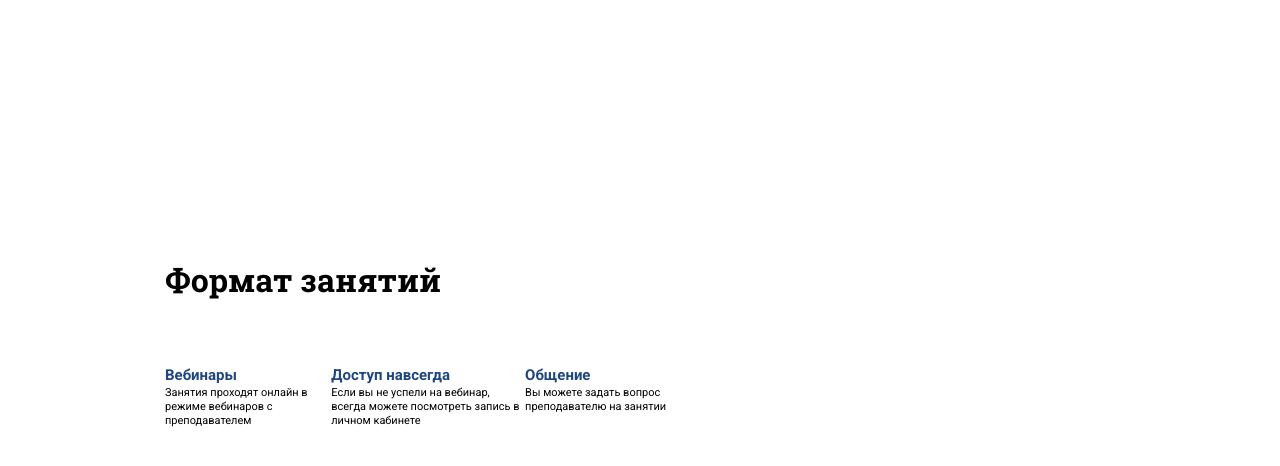
Repository: PoladEziz/Task-4
Page: index.html
An editor plug-in stored every save of this project. The page is shown before and after a run of saves, followed by the edit.
The browser window is 1280 px wide. The pictures show the whole page.

Above is the page before, as saved 2023-05-09 17:20:03.

### index.html
<!DOCTYPE html>
<html lang="en">

<head>
    <meta charset="UTF-8">
    <meta http-equiv="X-UA-Compatible" content="IE=edge">
    <meta name="viewport" content="width=device-width, initial-scale=1.0">
    <title>Document</title>
    <link rel="stylesheet" href="index.css">
</head>

<body>
    <div class="main">
        <div class="page-1">
            <h1>Формат занятий</h1>
            <div class="top_child">

                <ul>
                    <li>
                        <h2>Вебинары</h2>
                        <p>Занятия проходят онлайн
                            в режиме вебинаров
                            с преподавателем</p>
                    </li>

                    <li>
                        <h2>Доступ навсегда</h2>
                        <p>Если вы не успели на вебинар, всегда можете посмотреть запись в личном кабинете</p>
                    </li>

                    <li>
                        <h2>Общение</h2>
                        <p>Вы можете задать вопрос
                            преподавателю на занятии</p>
                    </li>


                </ul>
            </div>

        </div>
        <!-- <div class="page-2">
            <h1>Что узнаем</h1>
            <ul>
                <li>Кто чем занят в съёмочной группе; </li>
                <li>На какие этапы делится кинопроизводство; </li>
                <li>Как выглядит сценарий фильма и как он меняется по ходу съёмок; </li>
                <li>Какими методами режиссёры заставляют нас смеяться, плакать и грустить; </li>
                <li>Как построение кадра, музыка и свет помогают считывать заложенные в фильм смыслы; </li>
                <li>Какие жанры есть в кино и как от них зависит работа операторов, осветителей и монтажёров; </li>
                <li>Как, зная всё это, понимать, о чем фильм.</li>
            </ul>




        </div> -->


    </div>
</body>

</html>

### index.css
@import url("https://fonts.googleapis.com/css2?family=Roboto+Slab:wght@700&family=Roboto:wght@700&display=swap");
@import url("https://fonts.googleapis.com/css2?family=Roboto&family=Roboto+Slab:wght@700&display=swap");

* {
  margin: 0;
  padding: 0;
}

.main {
  display: flex;
  flex-direction: column;
  padding-left: 124px;
  padding-top: 162px;
  padding-right: 344px;
}

.page-1 h1 {
  margin-bottom: 133px;
  font-family: "Roboto Slab";
  font-style: normal;
  font-weight: 700;
  font-size: 55px;
  line-height: 55px;
}

.page-1 ul {
  width: 100%;
  display: flex;
  justify-content: space-between;
}

.page-1 ul li {
  list-style-type: none;
}

.page-1 li:nth-child(1) {
  width: 223px;
}

.page-1 li:nth-child(2) {
  width: 260px;
}

.page-1 li:nth-child(3) {
  width: 232px;
}

.page-1 ul li h2 {
  font-family: "Roboto";
  font-style: normal;
  font-weight: 700;
  font-size: 25px;
  line-height: 130%;
  color: #1e4681;
}

.page-1 ul li p {
  font-family: "Roboto";
  font-style: normal;
  font-weight: 400;
  font-size: 18px;
  line-height: 130%;
}

.page-2 {
  margin-top: 168px;
  width: 100%;
}

.page-2 h1 {
  margin-bottom: 62px;
  font-family: Roboto Slab;
  font-size: 55px;
  font-weight: 700;
  line-height: 56px;
  text-align: left;
}

.page-2 ul li {
  font-family: Roboto;
  font-size: 24px;
  font-weight: 400;
  line-height: 36px;
  text-align: left;
}

@media only screen and (max-width: 1280px) {
  .main {
    display: flex;
    flex-direction: column;
    padding-left: 63px;
    padding-top: 93 px;
    padding-right: 480px;
  }

.page-1{
  padding: 102px;

}
  .main .page-1 h1 {
    font-family: 'Roboto Slab';
    font-style: normal;
    font-weight: 700;
    font-size: 32px;
    line-height: 101.38%;
    margin-bottom: 70px;
  }

  .main .page-1 .top_child ul li h2 {
    font-family: 'Roboto';
    font-style: normal;
    font-weight: 700;
    font-size: 15px;
    line-height: 130%;
    margin-bottom: 0;
  }

  .main .page-1 .top_child ul li p {
    font-family: 'Roboto';
    font-style: normal;
    font-weight: 400;
    font-size: 11px;
    line-height: 130%;
  }

  .main .page-2 h1 {
    font-family: 'Roboto Slab';
    font-style: normal;
    font-weight: 700;
    font-size: 32px;
    line-height: 101.38%;
  }

  .main .page-2 ul li {
    font-family: 'Roboto';
    font-style: normal;
    font-weight: 400;
    font-size: 14px;
    line-height: 150%;
  }
}

@media only screen and (max-width: 768px) {
  .main .page-1 h1 {
    font-family: 'Roboto Slab';
    font-style: normal;
    font-weight: 700;
    font-size: 26px;
    line-height: 101.38%;
  }

  .main .page-1 .top_child ul {
    flex-direction: column;
  }

  .main .page-1 .top_child ul li {
    margin-bottom: 35px;
  }

  .main .page-1 .top_child ul li h2 {
    font-family: 'Roboto';
    font-style: normal;
    font-weight: 700;
    font-size: 12px;
    line-height: 130%;
  }

  .main .page-1 .top_child ul li p {
    font-family: 'Roboto';
    font-style: normal;
    font-weight: 400;
    font-size: 11px;
    line-height: 130%;
  }

  .main .page-2 h1 {
    font-family: 'Roboto Slab';
    font-style: normal;
    font-weight: 700;
    font-size: 32px;
    line-height: 101.38%;
  }

  .main .page-2 ul li {
    font-family: 'Roboto';
    font-style: normal;
    font-weight: 400;
    font-size: 14px;
    line-height: 150%;
  }
}

After the next 5 saves:
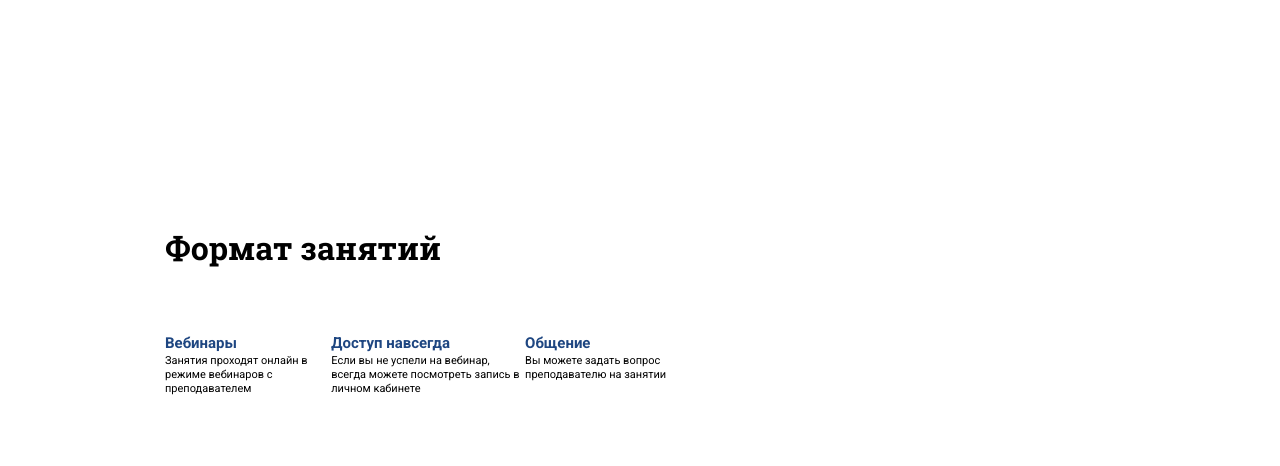
The 5 saves are shown as one change because they came seconds apart.
The last was saved 13 s later.
--- a/index.css
+++ b/index.css
@@ -94,7 +94,7 @@
   }
 
 .page-1{
-  padding: 102px;
+  padding: 70px 102px;
 
 }
   .main .page-1 h1 {
